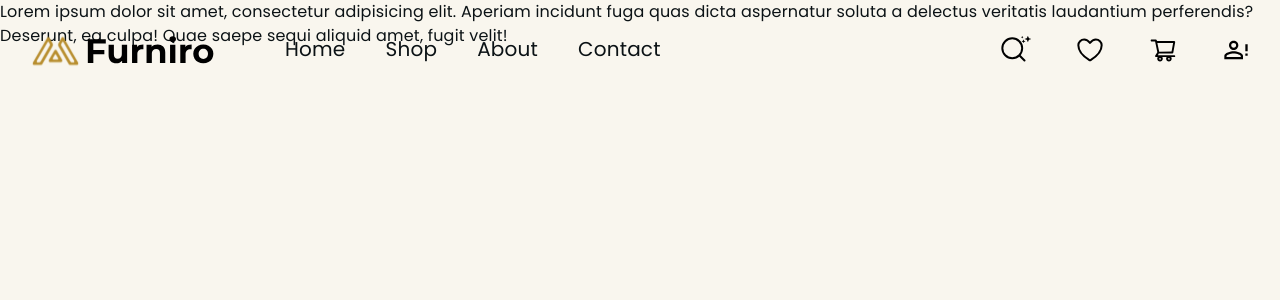
Repository: binhphanbp/furniro-interior_website
Page: index.html
The author's editor kept a copy of each file at every save. The page is drawn from the files as they stood at one save, then again after the next save.
The browser window is 1280 px wide. The pictures show the whole page.

Above is the page before, as saved 2025-02-19 23:31:23.

After the next save:
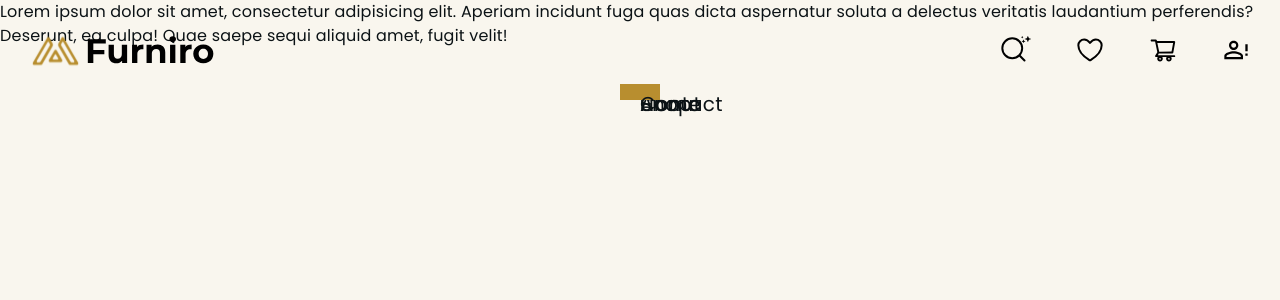
Saved 23 s later.
--- a/src/assets/styles/components/header.css
+++ b/src/assets/styles/components/header.css
@@ -56,17 +56,8 @@
   -ms-transition: var(--duration);
   -o-transition: var(--duration);
 }
-.header
-  .header__menu
-  .header__menu-list
-  li
-  a:hover
-  &
-  .header
-  .header__menu
-  .header__menu-list
-  li
-  a {
+.header .header__menu .header__menu-list li a:hover,
+.header .header__menu .header__menu-list li a {
   content: '';
   display: block;
   /* width: calc(100% - calc(var(--padding-lf) * 2)); */
